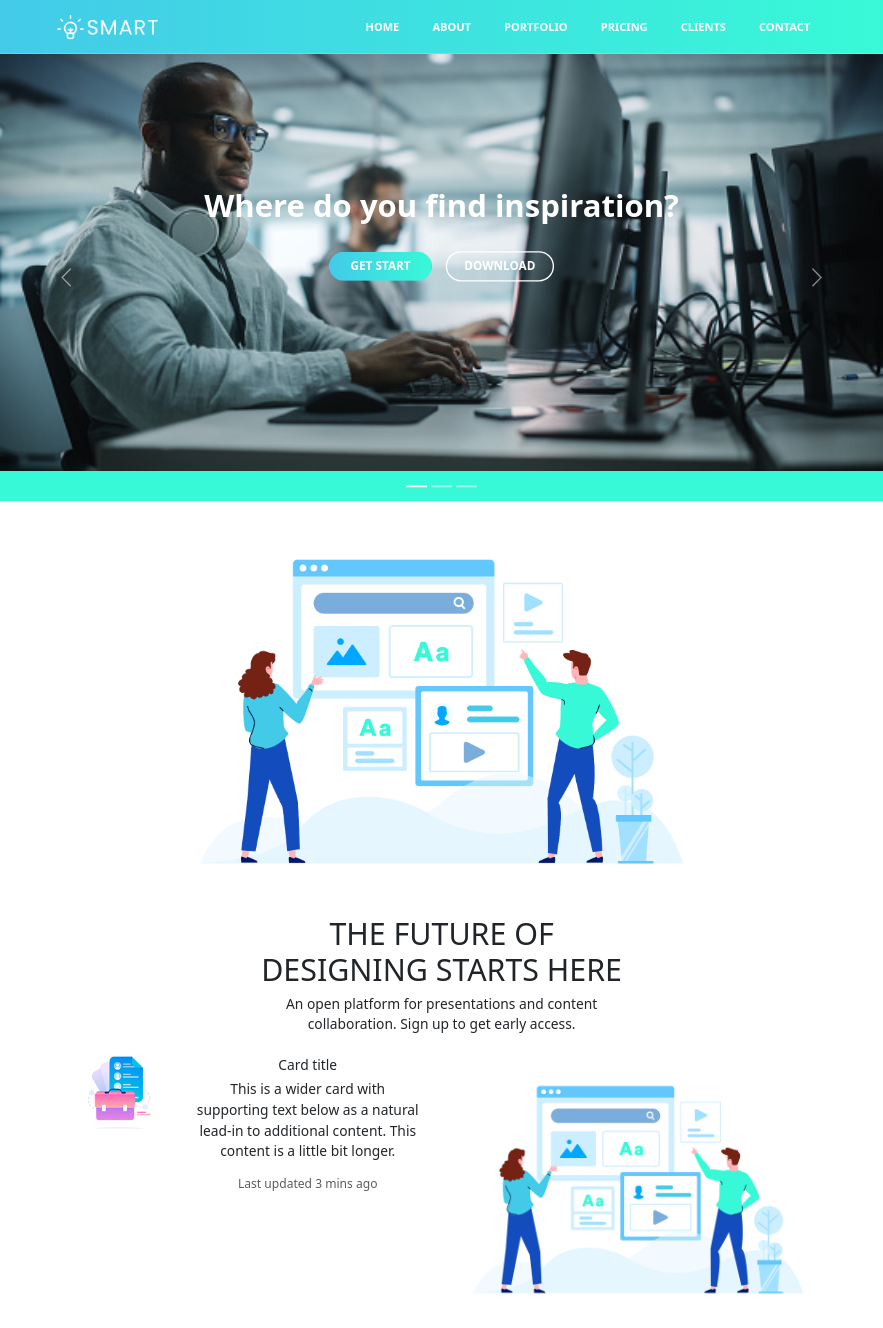
Repository: rizwan-zafar/smart-React
Page: /
The author's editor kept a copy of each file at every save. The page is drawn from the files as they stood at one save, then again after a run of saves.
The browser window is 1280 px wide. The pictures show the whole page, at 69% of full size.
The project was rebuilt for these pictures with package versions that can differ from the ones it lists, and the page was loaded fresh each time.

Above is the page before, as saved 2022-11-17 09:16:33.

### public/index.html
<!DOCTYPE html>
<html lang="en">
  <head>
    <meta charset="utf-8" />
    <link rel="icon" href="%PUBLIC_URL%/favicon.ico" />
    <meta name="viewport" content="width=device-width, initial-scale=1" />
    <meta name="theme-color" content="#000000" />
    <meta
      name="description"
      content="Web site created using create-react-app"
    />
    <link rel="apple-touch-icon" href="%PUBLIC_URL%/logo192.png" />
    <!--
      manifest.json provides metadata used when your web app is installed on a
      user's mobile device or desktop. See https://developers.google.com/web/fundamentals/web-app-manifest/
    -->
    <link rel="manifest" href="%PUBLIC_URL%/manifest.json" />
    <!--
      Notice the use of %PUBLIC_URL% in the tags above.
      It will be replaced with the URL of the `public` folder during the build.
      Only files inside the `public` folder can be referenced from the HTML.

      Unlike "/favicon.ico" or "favicon.ico", "%PUBLIC_URL%/favicon.ico" will
      work correctly both with client-side routing and a non-root public URL.
      Learn how to configure a non-root public URL by running `npm run build`.
    -->
    <title>React App</title>
  </head>
  <body>
    <noscript>You need to enable JavaScript to run this app.</noscript>
    <div id="root"></div>

   </body>
</html>

### src/index.js
import React from 'react';
import './index.css';
import "../node_modules/bootstrap/dist/css/bootstrap.min.css"
import "../node_modules/bootstrap/dist/js/bootstrap.min.js"
import "./Components/FontawsomeIcons"
import ReactDOM from 'react-dom/client';
import App from './App';
const root = ReactDOM.createRoot(document.getElementById('root'));
root.render(
  <React.StrictMode>
    <App />
  </React.StrictMode>
);

// If you want to start measuring performance in your app, pass a function
// to log results (for example: reportWebVitals(console.log))
// or send to an analytics endpoint. Learn more: https://bit.ly/CRA-vitals

### src/Components/FontawsomeIcons/index.js
import {library} from "@fortawesome/fontawesome-svg-core"
import {faUser,faBars,faPlus} from "@fortawesome/free-solid-svg-icons"
library.add(faUser,faBars,faPlus)

### src/App.js
 import HomePage from "./Pages/Home"
function App() {
  return (
    <div className="App">
        <HomePage />
    </div>
  );
}

export default App;

### src/Pages/Home.js
import React from 'react'
import Navbar from "../Components/Navbar"
import Slider from "../Components/Slider"
import Service from "../Components/Service";
export default function Home() {
    return (
        <div>
            <Navbar />
            <Slider />
            <Service />
        </div>
    )
}

### src/Components/Navbar.js
import React from 'react'
import "../Css/Navbar.css"

import { FontAwesomeIcon } from "@fortawesome/react-fontawesome"
export default function Navbar() {
    const [hamburgerIcon, setHamburgerIcon] = React.useState('bars')
    const [rotateIcon, setRotateIcon] = React.useState('')
    const handleHumBurger = (hamburgerIcon) => {
        if (hamburgerIcon === 'bars') {
            setRotateIcon('icon-rotate')
            setHamburgerIcon('plus')
        } else {
            setRotateIcon('anti-icon-rotate')
            setHamburgerIcon("bars")
        }
    }
     return (
        <div className="NavContainer">
            <nav className="navbar navbar-expand-lg navbar-dark">
                <div className="container">
                    <a className="navbar-brand" href="/">
                        <img className="img-fluid" src="Images/logo.png" alt="not found" />
                    </a>
                    <div className="navbar-toggler" type="button" data-bs-toggle="collapse"   onClick={() => { handleHumBurger(hamburgerIcon) }} data-bs-target="#navbarNav" aria-controls="navbarNav" aria-expanded="false" aria-label="Toggle navigation">
                        <FontAwesomeIcon  className={rotateIcon} icon={hamburgerIcon}  />
                    </div>
                    <div className="collapse navbar-collapse navSetting" id="navbarNav">
                        <ul className="navbar-nav ms-auto">
                            <li className="nav-item">
                                <a className="nav-link active" aria-current="page" href="/">Home</a>
                            </li>
                            <li className="nav-item">
                                <a className="nav-link" href="/">ABOUT</a>
                            </li>
                            <li className="nav-item">
                                <a className="nav-link" href="/">PORTFOLIO</a>
                            </li>

                            <li className="nav-item">
                                <a className="nav-link" href="/">PRICING</a>
                            </li>

                            <li className="nav-item">
                                <a className="nav-link" href="/">CLIENTS</a>
                            </li>

                            <li className="nav-item">
                                <a className="nav-link" href="/">CONTACT</a>
                            </li>

                        </ul>
                    </div>
                </div>
            </nav>
        </div>
    )
}

### src/Components/Slider.js
import React from 'react'
import "../Css/Slider.css"

export default function Slider() {
    return (
        <div className="sliderContainer">
            <div id="carouselExampleCaptions" className="carousel slide" data-bs-ride="false">

                <div className="carousel-indicators">
                    <button type="button" data-bs-target="#carouselExampleCaptions" data-bs-slide-to="0" className="active" aria-current="true" aria-label="Slide 1"></button>
                    <button type="button" data-bs-target="#carouselExampleCaptions" data-bs-slide-to="1" aria-label="Slide 2"></button>
                    <button type="button" data-bs-target="#carouselExampleCaptions" data-bs-slide-to="2" aria-label="Slide 3"></button>
                </div>

                <div className="carousel-inner">
                    <div className="carousel-item active bg-cover slide-image1">
                        <div className="carousel-caption">
                            <p> If not now, then when?</p>
                            <div>
                                <button className="btn btn1">Get Start</button>
                                <button className="btn btn2">Download</button>
                            </div>
                        </div>
                    </div>
                    <div className="carousel-item active bg-cover slide-image2">
                        <div className="carousel-caption">
                            <p>What does your joy look like today?</p>
                            <div>
                                <button className="btn btn1">Get Start</button>
                                <button className="btn btn2">Download</button>
                            </div>
                        </div>
                    </div>
                    <div className="carousel-item active bg-cover slide-image3">
                        <div className="carousel-caption">
                            <p>Where do you find inspiration?</p>
                            <div>
                                <button className="btn btn1">Get Start</button>
                                <button className="btn btn2">Download</button>
                            </div>
                        </div>
                    </div>
                </div>
                <button className="carousel-control-prev" type="button" data-bs-target="#carouselExampleCaptions" data-bs-slide="prev">
                    <span className="carousel-control-prev-icon" aria-hidden="true"></span>
                    <span className="visually-hidden">Previous</span>
                </button>
                <button className="carousel-control-next" type="button" data-bs-target="#carouselExampleCaptions" data-bs-slide="next">
                    <span className="carousel-control-next-icon" aria-hidden="true"></span>
                    <span className="visually-hidden">Next</span>
                </button>
            </div>
        </div>
    )
}

### src/Components/Service.js
import React from 'react'
import "../Css/Services.css"
export default function Service() {
    return (
        <div className="services">
            <div className="text-center">
                <img class="img-fluid custom-image" src="/Images/services.png" alt="Services" />
                <div className='container custom-container'>
                    <h4>The future of designing starts here</h4>
                    <p>An open platform for presentations and content collaboration. Sign up to get early access.</p>
                </div>
            </div>
            {/* style={{max-width: 540px;}} */}
            <div className="container text-center">
                <div className="row">
                    <div className="col-xs-12 col-sm-12 col-md-6 col-lg-6 col-xl-6 ">
                        <div class="card mb-3" >
                            <div className="row g-0">
                                <div className="col-md-4">
                                    <img src="/Images/icon-1.png" className="img-fluid rounded-start" alt="..." />
                                </div>
                                <div className="col-md-8">
                                    <div className="card-body">
                                        <h5 className="card-title">Card title</h5>
                                        <p className="card-text">This is a wider card with supporting text below as a natural lead-in to additional content. This content is a little bit longer.</p>
                                        <p className="card-text"><small className="text-muted">Last updated 3 mins ago</small></p>
                                    </div>
                                </div>
                            </div>
                        </div>

                    </div>

                    <div className="col-xs-12 col-sm-12 col-md-6 col-lg-6 col-xl-6 ">
                        <img class="img-fluid" src="/Images/services.png" alt="Services" />

                    </div>

                </div>
            </div>

        </div>
    )
}

### src/Css/Navbar.css

.NavContainer  .navbar-toggler
{
    color:black;
    border:none;
}
.NavContainer .navbar-brand img{
    max-width: 150px;
}
.NavContainer .navbar-dark
{
    background: linear-gradient(to right,#43cae9, #38f9d7 100%)
}

.NavContainer .navbar-nav li{
   padding: 11px 16px;
 }
.NavContainer .navbar-nav li a{
color:#fff;
font-weight: 700;
text-transform: uppercase;
font-size: 16px;
}



@media (min-width: 1200px)
{
.NavContainer .container {
    max-width: 1140px;
}
}


@media (max-width: 991px)
 {
    .NavContainer .navSetting
    {
        position: absolute;
        top: 100%;
        left: 0;
        width: 100%;
        background: linear-gradient(to right,#43cae9, #38f9d7 100%);
        z-index: 8;
        padding: 10px 16px;
        -webkit-box-shadow: 0 3px 6px 0 rgb(0 0 0 / 16%);
        -moz-box-shadow: 0 3px 6px 0 rgba(0, 0, 0, 0.16);
        box-shadow: 0 3px 6px 0 rgb(0 0 0 / 16%);
    }
 }

 .NavContainer .icon-rotate {
   transform:rotate(90deg);
    transition: 0.5s;

  }
 .NavContainer .anti-icon-rotate {
   transform:rotate(-0deg);
    transition: 0.5s;

  }

### src/Css/Slider.css
.sliderContainer .carousel-inner .bg-cover{
     height: 90vh;
     background-size: cover;
     background-repeat: no-repeat;
     background-position: center center;
}
.sliderContainer .slide-image1{
    background-image: url("/public/Images/slider-1.jpg");
}
.sliderContainer .slide-image2{
    background-image: url("/public/Images/slider-2.jpg");
}
.sliderContainer .slide-image3{
    background-image: url("/public/Images/slider-3.jpg");
}

.sliderContainer .carousel-caption
{

    position: absolute;
    right: 15%;
    bottom: 1.25rem;
    left: 15%;
    padding-top: 1.25rem;
    padding-bottom: 1.25rem;
    color: #fff;
    text-align: center;
    font-size: 45px;
    font-weight: bold;
    top: 23vh;

}
.sliderContainer .btn1{

    margin: 10px;
    background: linear-gradient(to right,#43cae9, #38f9d7 100%);
    padding: 7px 30px 7px 30px;
    font-weight: bold;
    color: white;
    font-size: 17px;
    border-radius: 29px;
    text-transform: uppercase;

}

.sliderContainer .btn2{
    margin: 10px;
    background:  transparent;
    padding: 7px 25px 7px 25px;
    font-weight: bold;
    color: white;
    font-size: 17px;
    border-radius: 29px;
    border: 2px solid white;
    text-transform: uppercase;

}
.sliderContainer .carousel-indicators{
    margin-right: 0;
    margin-left: 0;
    margin-bottom: 0;
    background: #38f9d7;
    padding: 10px;
}
@media (max-width: 991px)
 {
    .sliderContainer .carousel-inner .bg-cover
    {
        height: 350px;
    }

   .sliderContainer .carousel-caption
   {
       font-size: 25px ;
       top: 11vh;
       font-weight: bolder;
   }

   .sliderContainer .btn
   {
    font-size: 15px;
    }
   .sliderContainer .btn
   {
    font-size: 15px;
    }

    .sliderContainer .carousel-indicators{
        margin-right: 0;
        margin-left: 0;
        margin-bottom: 0;
        background: transparent;

    }
 }

### src/Css/Services.css
.services h4{
    font-size: 44px;
    text-transform: uppercase;

}
.services p{
    font-size: 20px;
}
.services .custom-image
{
max-width: ;
}
.services .custom-container
{
    max-width: 600px;
}
.services .card{
    border: none;
}
@media (max-width: 991px)
 {
    .services h4{
        font-size: 25px;
       text-transform: uppercase;
    }
    .services p{
        font-size: 16px;
     }
 }

Loaded but not shown: src/index.css (common file)

After the next 2 saves:
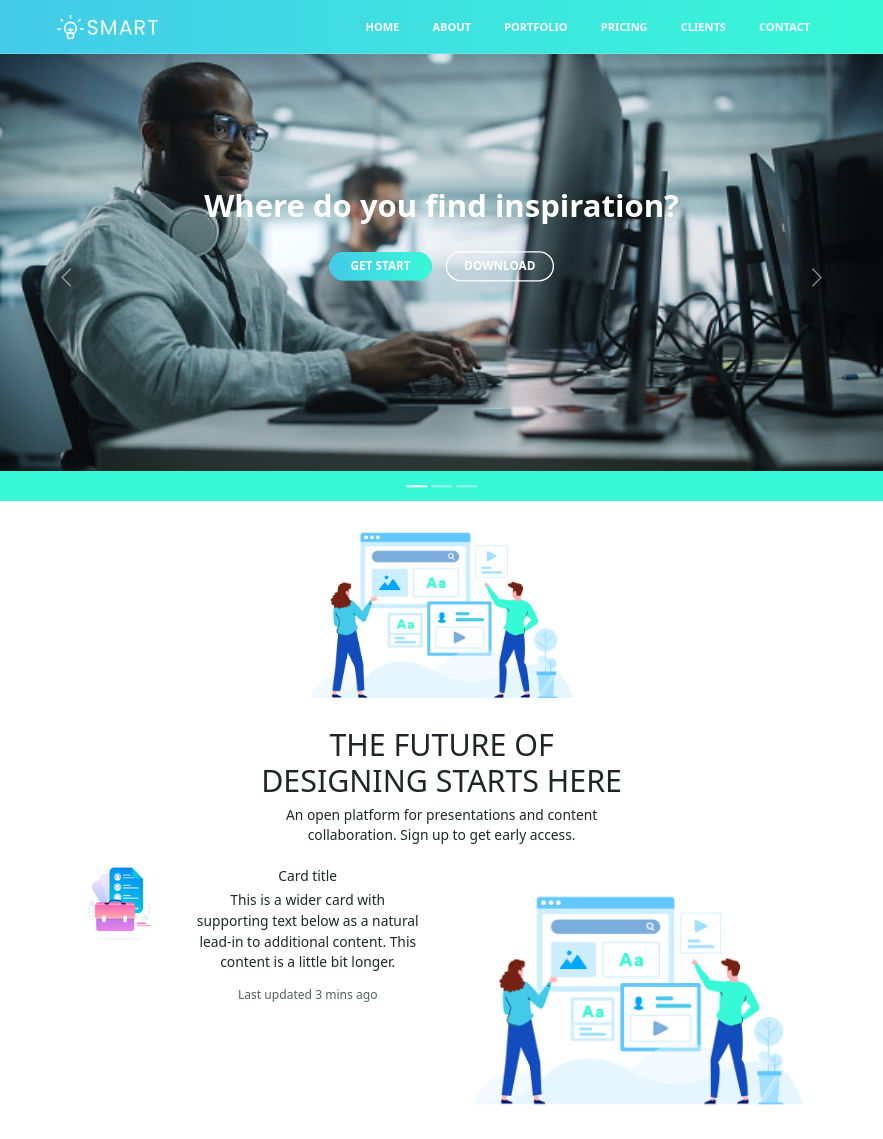
The 2 saves are shown as one change because they came seconds apart.
The last was saved 9 s later.
--- a/src/Css/Services.css
+++ b/src/Css/Services.css
@@ -8,7 +8,8 @@
 }
 .services .custom-image
 {
-max-width: ;
+max-width: 34%;
+height: auto;
 }
 .services .custom-container
 {
